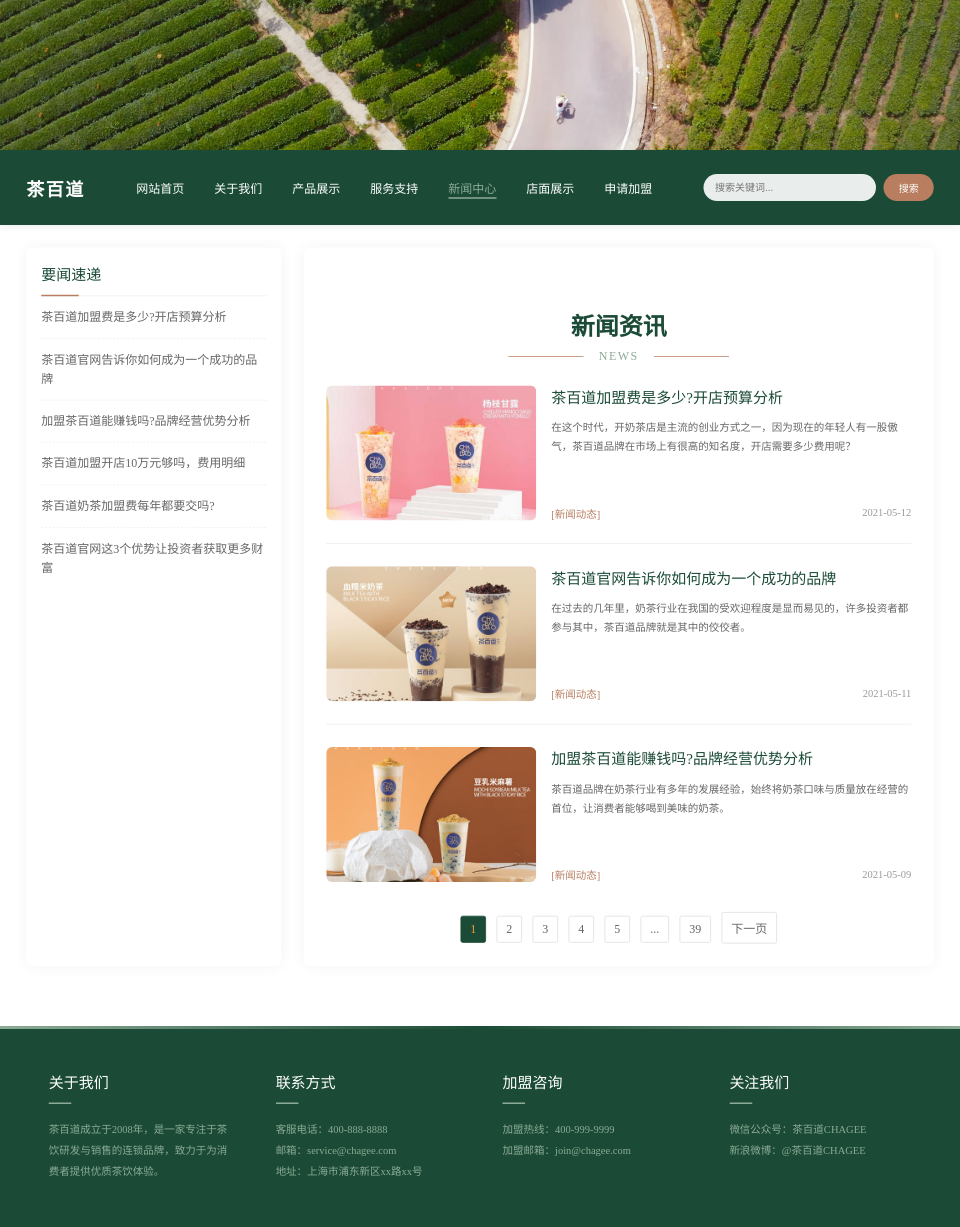
Repository: huang-heavenly-Emperor/chabaidao
Page: news.html
An editor plug-in stored every save of this project. The page is shown before and after a run of saves, followed by the edit.
The browser window is 1280 px wide. The pictures show the whole page, at 75% of full size.

Above is the page before, as saved 2024-12-14 01:06:55.

### news.html
<!DOCTYPE html>
<html lang="zh-CN">
  <head>
    <meta charset="UTF-8" />
    <meta name="viewport" content="width=device-width, initial-scale=1.0" />
    <title>新闻资讯 - 茶百道</title>
    <link rel="stylesheet" href="./css/common.css" />
    <link rel="stylesheet" href="./css/pages/news.css" />
  </head>
  <body>
    <div class="container">
      <!-- 头部区域 -->
      <header class="header">
        <div class="top-banner">
          <img src="./images/common/header-bg.webp" alt="新闻资讯" />
        </div>
        <nav class="nav">
          <div class="nav-content">
            <div class="logo">
              <h1>茶百道</h1>
            </div>
            <ul class="nav-list">
              <li><a href="index.html">网站首页</a></li>
              <li><a href="about.html">关于我们</a></li>
              <li><a href="products.html">产品展示</a></li>
              <li><a href="service.html">服务支持</a></li>
              <li><a href="news.html" class="active">新闻中心</a></li>
              <li><a href="store-display.html">店面展示</a></li>
              <li><a href="join.html">申请加盟</a></li>
            </ul>
            <div class="search">
              <input type="text" placeholder="搜索关键词..." />
              <button type="button">搜索</button>
            </div>
          </div>
        </nav>
      </header>

      <!-- 主要内容 -->
      <div class="main">
        <!-- 左侧边栏 -->
        <div class="news-sidebar">
          <h3 class="sidebar-title">要闻速递</h3>
          <ul class="news-quick-list">
            <li><a href="#">茶百道加盟费是多少?开店预算分析</a></li>
            <li><a href="#">茶百道官网告诉你如何成为一个成功的品牌</a></li>
            <li><a href="#">加盟茶百道能赚钱吗?品牌经营优势分析</a></li>
            <li><a href="#">茶百道加盟开店10万元够吗，费用明细</a></li>
            <li><a href="#">茶百道奶茶加盟费每年都要交吗?</a></li>
            <li><a href="#">茶百道官网这3个优势让投资者获取更多财富</a></li>
          </ul>
        </div>

        <!-- 右侧新闻列表 -->
        <div class="news-content">
          <div class="section-title">
            <h2>新闻资讯</h2>
            <div class="en-title">NEWS</div>
          </div>
          <div class="news-list">
            <!-- 新闻项 -->
            <div class="news-item">
              <div class="news-image">
                <img src="./images/news/news1.jpg" alt="茶百道加盟费" />
              </div>
              <div class="news-info">
                <a href="news-detail.html" class="news-title">茶百道加盟费是多少?开店预算分析</a>
                <p class="news-desc">
                  在这个时代，开奶茶店是主流的创业方式之一，因为现在的年轻人有一股傲气，茶百道品牌在市场上有很高的知名度，开店需要多少费用呢？
                </p>
                <div class="news-meta">
                  <span class="news-category">[新闻动态]</span>
                  <span class="news-date">2021-05-12</span>
                </div>
              </div>
            </div>

            <div class="news-item">
              <div class="news-image">
                <img src="./images/news/news2.jpg" alt="茶百道官网" />
              </div>
              <div class="news-info">
                <a href="news-detail.html" class="news-title"
                  >茶百道官网告诉你如何成为一个成功的品牌</a
                >
                <p class="news-desc">
                  在过去的几年里，奶茶行业在我国的受欢迎程度是显而易见的，许多投资者都参与其中，茶百道品牌就是其中的佼佼者。
                </p>
                <div class="news-meta">
                  <span class="news-category">[新闻动态]</span>
                  <span class="news-date">2021-05-11</span>
                </div>
              </div>
            </div>

            <div class="news-item">
              <div class="news-image">
                <img src="./images/news/news3.jpg" alt="加盟茶百道" />
              </div>
              <div class="news-info">
                <a href="news-detail.html" class="news-title"
                  >加盟茶百道能赚钱吗?品牌经营优势分析</a
                >
                <p class="news-desc">
                  茶百道品牌在奶茶行业有多年的发展经验，始终将奶茶口味与质量放在经营的首位，让消费者能够喝到美味的奶茶。
                </p>
                <div class="news-meta">
                  <span class="news-category">[新闻动态]</span>
                  <span class="news-date">2021-05-09</span>
                </div>
              </div>
            </div>
          </div>

          <!-- 分页 -->
          <div class="pagination">
            <a href="javascript:void(0)" onclick="changePage(1)" class="active"
              >1</a
            >
            <a href="javascript:void(0)" onclick="changePage(2)">2</a>
            <a href="javascript:void(0)" onclick="changePage(3)">3</a>
            <a href="javascript:void(0)" onclick="changePage(4)">4</a>
            <a href="javascript:void(0)" onclick="changePage(5)">5</a>
            <span>...</span>
            <a href="javascript:void(0)" onclick="changePage(39)">39</a>
            <a href="javascript:void(0)" onclick="nextPage()">下一页</a>
          </div>
        </div>
      </div>

      <!-- 底部区域 -->
      <footer class="footer">
        <div class="footer-content">
          <div class="footer-section">
            <h3>关于我们</h3>
            <p>茶百道成立于2008年，是一家专注于茶饮研发与销售的连锁品牌，致力于为消费者提供优质茶饮体验。</p>
          </div>
          <div class="footer-section">
            <h3>联系方式</h3>
            <p>客服电话：400-888-8888</p>
            <p>邮箱：service@chagee.com</p>
            <p>地址：上海市浦东新区xx路xx号</p>
          </div>
          <div class="footer-section">
            <h3>加盟咨询</h3>
            <p>加盟热线：400-999-9999</p>
            <p>加盟邮箱：join@chagee.com</p>
          </div>
          <div class="footer-section">
            <h3>关注我们</h3>
            <p>微信公众号：茶百道CHAGEE</p>
            <p>新浪微博：@茶百道CHAGEE</p>
          </div>
        </div>
      </footer>

      <!-- 返回顶部按钮 -->
      <div class="back-top" title="返回顶部"></div>
    </div>

    <script src="js/back-to-top.js"></script>

    <script>
      // 分页功能
      var currentPage = 1;
      var totalPages = 39;

      function changePage(page) {
        // 移除之前的激活状态
        var oldActive = document.querySelector(".pagination .active");
        if (oldActive) {
          oldActive.className = "";
        }

        // 添加新的激活状态
        var links = document.querySelectorAll(".pagination a");
        for (var i = 0; i < links.length; i++) {
          if (links[i].innerHTML == page) {
            links[i].className = "active";
            break;
          }
        }

        currentPage = page;
        // 这里可以添加加载新闻内容的逻辑
      }

      function nextPage() {
        if (currentPage < totalPages) {
          changePage(currentPage + 1);
        }
      }
    </script>
  </body>
</html>

### css/common.css
/* 默认样式重置 */
* {
    margin: 0;
    padding: 0;
}

body {
    font-size: 16px;
    color: #333;
    background: #fff;
}

img {
    border: none;
}

ul, li {
    list-style: none;
}

a {
    text-decoration: none;
    color: #333;
}

h1, h2, h3, h4, h5, h6 {
    font-weight: normal;
}



/* 通用标题样式 */
.section-title {
    text-align: center;
    padding: 50px 0 30px;
    position: relative;
    display: flex;
    align-items: center;
    justify-content: center;
    flex-direction: column;
}

.section-title h2 {
    font-size: 32px;
    color: #1B4B36;
    margin-bottom: 10px;
    font-weight: bold;
}

.section-title .en-title {
    color: #8CAB96;
    font-size: 16px;
    letter-spacing: 2px;
    text-transform: uppercase;
    position: relative;
    display: flex;
    align-items: center;
    padding: 0 20px;
}

.section-title .en-title:before,
.section-title .en-title:after {
    content: '';
    height: 1px;
    width: 100px;
    background: #B87E5F;
    margin: 0 20px;
}

/* 调整各个部分的标题内边距 */
.about-section .section-title,
.story-section .section-title,
.advantage-section .section-title,
.products-section .section-title,
.news-section .section-title,
.join-section .section-title {
    padding-top: 0;
}



/* 头部样式 */
.header {
    width: 100%;
}

.top-banner {
    width: 100%;
    height: 200px;
    overflow: hidden;
}

.top-banner img {
    width: 100%;
    height: 100%;
    object-fit: cover;
}

.nav {
    width: 100%;
    height: 100px;
    background: #1B4B36;
    position: sticky;
    top: 0;
    z-index: 100;
    box-shadow: 0 2px 10px rgba(27, 75, 54, 0.1);
}

.nav-content {
    width: 1210px;
    margin: 0 auto;
    display: flex;
    justify-content: space-between;
    align-items: center;
    height: 100%;
}

.logo {
    color: #fff;
}

.logo h1 {
    font-size: 24px;
    font-weight: bold;
    letter-spacing: 2px;
}

.nav-list {
    display: flex;
    list-style: none;
}

.nav-list li a {
    color: #fff;
    text-decoration: none;
    padding: 0 20px;
    font-size: 16px;
    transition: all 0.3s;
    position: relative;
}

.nav-list li a:hover,
.nav-list li a.active {
    color: #8CAB96;
}

.nav-list li a:after {
    content: '';
    position: absolute;
    bottom: -5px;
    left: 50%;
    transform: translateX(-50%);
    width: 0;
    height: 2px;
    background: #8CAB96;
    transition: width 0.3s;
}

.nav-list li a:hover:after,
.nav-list li a.active:after {
    width: calc(100% - 40px);
}

.nav-list li a.active {
    font-weight: 500;
}

.search {
    display: flex;
    align-items: center;
}

.search input {
    width: 200px;
    height: 36px;
    padding: 0 15px;
    border: none;
    border-radius: 18px;
    outline: none;
    background: rgba(255, 255, 255, 0.9);
}

.search button {
    height: 36px;
    padding: 0 20px;
    margin-left: 10px;
    border: none;
    border-radius: 18px;
    background: #B87E5F;
    color: #fff;
    cursor: pointer;
    transition: background 0.3s;
}

.search button:hover {
    background: #9a6547;
}

/* 底部样式 */
.footer {
    background: #1B4B36;
    padding: 60px 0;
    margin-top: 50px;
    position: relative;
}

.footer:before {
    content: '';
    position: absolute;
    top: 0;
    left: 0;
    width: 100%;
    height: 4px;
    background: linear-gradient(90deg, #8CAB96, #1B4B36, #8CAB96);
}

.footer-content {
    width: 1210px;
    margin: 0 auto;
    display: flex;
    justify-content: space-between;
}

.footer-section {
    flex: 1;
    padding: 0 30px;
}

.footer-section h3 {
    color: #fff;
    font-size: 20px;
    margin-bottom: 20px;
    position: relative;
    padding-bottom: 15px;
}

.footer-section h3:after {
    content: '';
    position: absolute;
    bottom: 0;
    left: 0;
    width: 30px;
    height: 2px;
    background: #8CAB96;
    transition: width 0.3s;
}

.footer-section:hover h3:after {
    width: 50px;
}

.footer-section p {
    color: #8CAB96;
    line-height: 2;
    font-size: 14px;
}

/* 返回顶部按钮 */
.back-top {
    position: fixed;
    right: 40px;
    bottom: 40px;
    width: 50px;
    height: 50px;
    background: #b87e5f;
    color: #fff;
    text-align: center;
    line-height: 50px;
    border-radius: 50%;
    cursor: pointer;
    transition: all 0.3s;
    opacity: 0;
    visibility: hidden;
    z-index: 999;
    font-size: 20px;
    box-shadow: 0 2px 10px rgba(0,0,0,0.1);
}

.back-top:hover {
    background: #9a6547;
    transform: translateY(-5px);
}

.back-top.show {
    opacity: 1;
    visibility: visible;
}

.back-top:after {
    content: '↑';
    display: block;
    color: #fff;
    font-size: 20px;
    line-height: 50px;
}

### css/pages/news.css
/* 主要内容区域 */
.main {
  width: 1210px;
  margin: 0 auto;
  padding: 30px 0;
  display: flex;
  gap: 30px;
}

/* 左侧边栏 */
.news-sidebar {
  width: 300px;
  background: #fff;
  border-radius: 8px;
  padding: 20px;
  box-shadow: 0 0 20px rgba(0, 0, 0, 0.05);
}

.sidebar-title {
  font-size: 20px;
  color: #1b4b36;
  padding-bottom: 15px;
  margin-bottom: 15px;
  border-bottom: 1px solid #eee;
  position: relative;
}

.sidebar-title:after {
  content: "";
  position: absolute;
  left: 0;
  bottom: -1px;
  width: 50px;
  height: 2px;
  background: #b87e5f;
}

.news-quick-list {
  list-style: none;
  padding: 0;
}

.news-quick-list li {
  margin-bottom: 15px;
  padding-bottom: 15px;
  border-bottom: 1px dashed #eee;
}

.news-quick-list li:last-child {
  margin-bottom: 0;
  padding-bottom: 0;
  border-bottom: none;
}

.news-quick-list a {
  color: #666;
  text-decoration: none;
  line-height: 1.6;
  display: block;
  transition: color 0.3s;
}

.news-quick-list a:hover {
  color: #b87e5f;
}

/* 右侧新闻列表 */
.news-content {
  flex: 1;
  background: #fff;
  border-radius: 8px;
  padding: 30px;
  box-shadow: 0 0 20px rgba(0, 0, 0, 0.05);
}

.news-list {
  display: flex;
  flex-direction: column;
  gap: 30px;
}

.news-item {
  display: flex;
  gap: 20px;
  padding-bottom: 30px;
  border-bottom: 1px solid #eee;
}

.news-item:last-child {
  padding-bottom: 0;
  border-bottom: none;
}

.news-image {
  width: 280px;
  height: 180px;
  overflow: hidden;
  border-radius: 8px;
}

.news-image img {
  width: 100%;
  height: 100%;
  object-fit: cover;
  transition: transform 0.3s;
}

.news-item:hover .news-image img {
  transform: scale(1.05);
}

.news-info {
  flex: 1;
  display: flex;
  flex-direction: column;
}

.news-title {
  font-size: 20px;
  color: #1b4b36;
  margin-bottom: 15px;
  text-decoration: none;
  transition: color 0.3s;
}

.news-title:hover {
  color: #b87e5f;
}

.news-desc {
  font-size: 14px;
  color: #666;
  line-height: 1.8;
  margin-bottom: 20px;
  flex: 1;
}

.news-meta {
  display: flex;
  justify-content: space-between;
  align-items: center;
  color: #999;
  font-size: 14px;
}

.news-category {
  color: #b87e5f;
}

/* 分页 */
.pagination {
  margin-top: 40px;
  text-align: center;
}

.pagination a,
.pagination span {
  display: inline-block;
  padding: 8px 12px;
  margin: 0 5px;
  border: 1px solid #ddd;
  color: #666;
  text-decoration: none;
  border-radius: 3px;
}

.pagination a:hover {
  background-color: #f5f5f5;
}

.pagination .active {
  background-color: #1B4B36;
  color: rgb(246, 156, 53);
  border-color: #1B4B36;
}

### js/back-to-top.js
// 获取返回顶部按钮元素
var backTop = document.querySelector('.back-top');

// 监听滚动事件
window.addEventListener('scroll', function() {
    // 当页面滚动超过300px时显示按钮
    if (window.pageYOffset > 300) {
        backTop.classList.add('show');
    } else {
        backTop.classList.remove('show');
    }
});

// 点击返回顶部
backTop.addEventListener('click', function() {
    // 平滑滚动到顶部
    window.scrollTo({
        top: 0,
        behavior: 'smooth'
    });
});

After the next 3 saves:
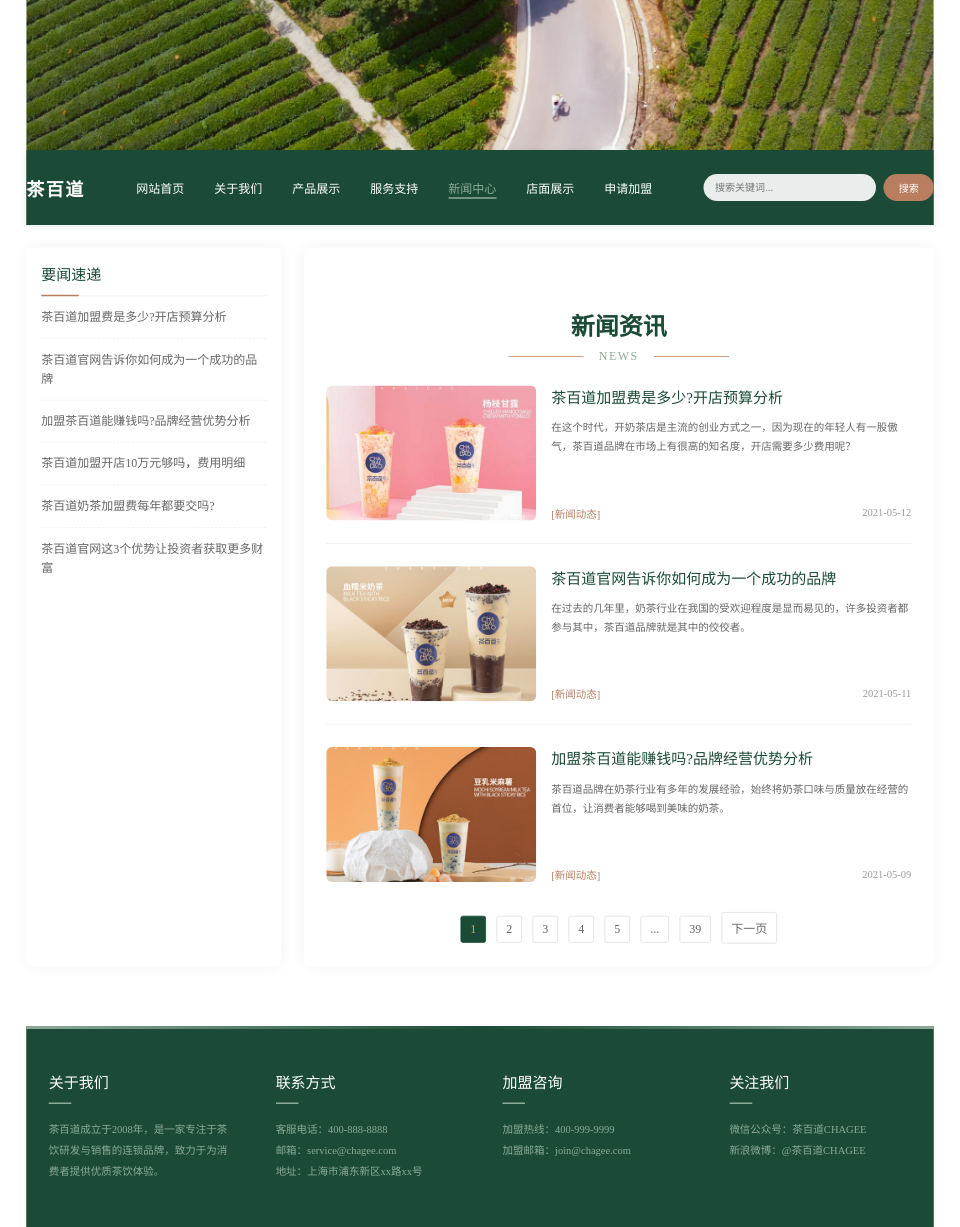
The 3 saves are shown as one change because they came seconds apart.
The last was saved 49 min 15 s later.
--- a/css/common.css
+++ b/css/common.css
@@ -27,7 +27,10 @@
     font-weight: normal;
 }
 
-
+.container {
+    width: 1210px;
+    margin: 0 auto;
+}
 
 /* 通用标题样式 */
 .section-title {

After the 2 saves that followed:
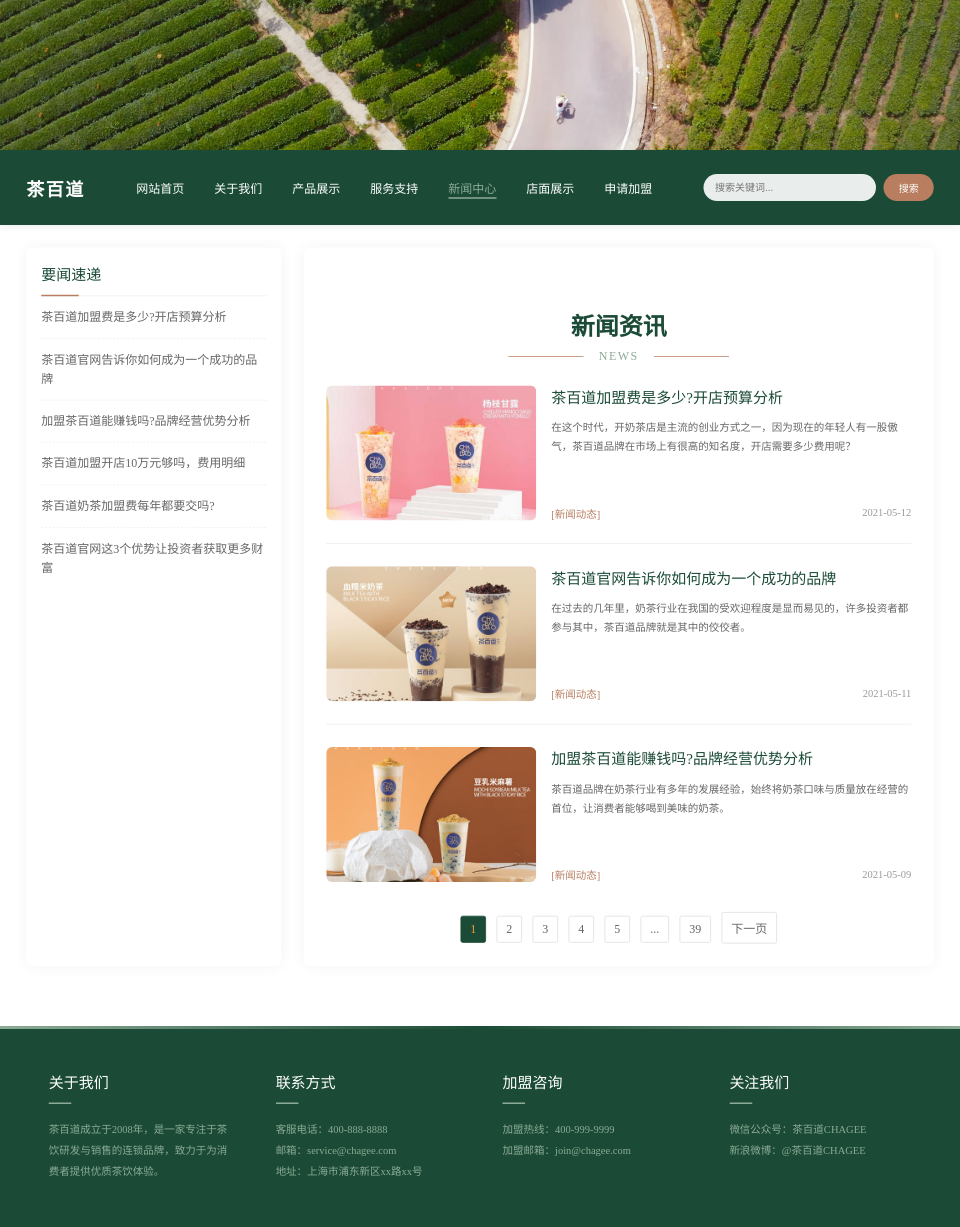
The 2 saves are shown as one change because they came seconds apart.
The last was saved 9 s later.
--- a/css/common.css
+++ b/css/common.css
@@ -14,7 +14,8 @@
     border: none;
 }
 
-ul, li {
+ul,
+li {
     list-style: none;
 }
 
@@ -23,12 +24,17 @@
     color: #333;
 }
 
-h1, h2, h3, h4, h5, h6 {
+h1,
+h2,
+h3,
+h4,
+h5,
+h6 {
     font-weight: normal;
 }
 
 .container {
-    width: 1210px;
+    width: 100%;
     margin: 0 auto;
 }
 
@@ -276,7 +282,7 @@
     visibility: hidden;
     z-index: 999;
     font-size: 20px;
-    box-shadow: 0 2px 10px rgba(0,0,0,0.1);
+    box-shadow: 0 2px 10px rgba(0, 0, 0, 0.1);
 }
 
 .back-top:hover {
